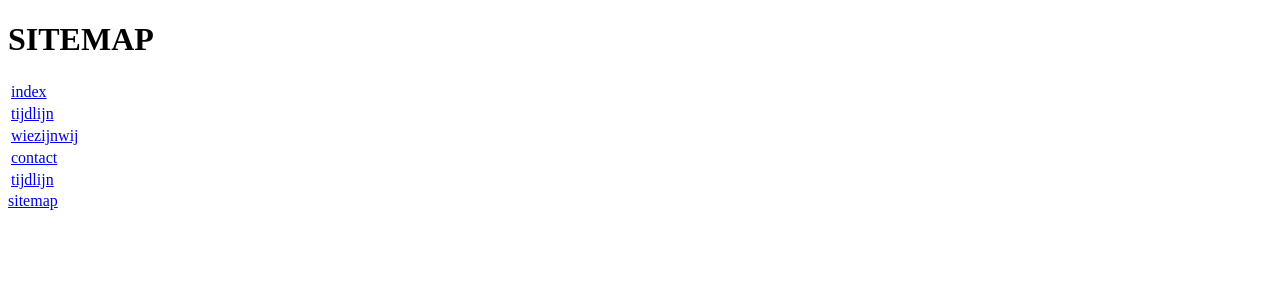
Repository: w1-knippenbergluuk/Applicatieontwikkelaar-2015-2016
Page: http://localhost/sitemap.php
The author's editor kept a record of every edit. The page is drawn from the files as they stood at one moment, then again after the next edit.
The browser window is 1280 px wide. The pictures show the whole page.
The page is run by PHP 8.4 with error messages shown; the project is at /var/www/html/.

Above is the page before.

### Luuk/Periode1/Project/sitemap.php
<!DOCTYPE html>

<html>
    <head>
        <title>Wie Zijn wij</title>
    </head>
    <body>
        <h1>SITEMAP </h1>
        <table>
            <tr>
                <td><a href="index.php">index</a></td>
            </tr>
            <tr>
                <td><a href="tijdlijn.php">tijdlijn</a></td>
            </tr>
            <tr>
                <td><a href="wiezijnwij.php">wiezijnwij</a></td>
            </tr>
            <tr>
                <td><a href="contact.php">contact</a></td>
            </tr>
            <tr>
                <td><a href="tijdlijn.php">tijdlijn</a></td>
            </tr>
        </table>




        <a href="sitemap.php">sitemap</a>
    </body>
</html>

After the next edit:
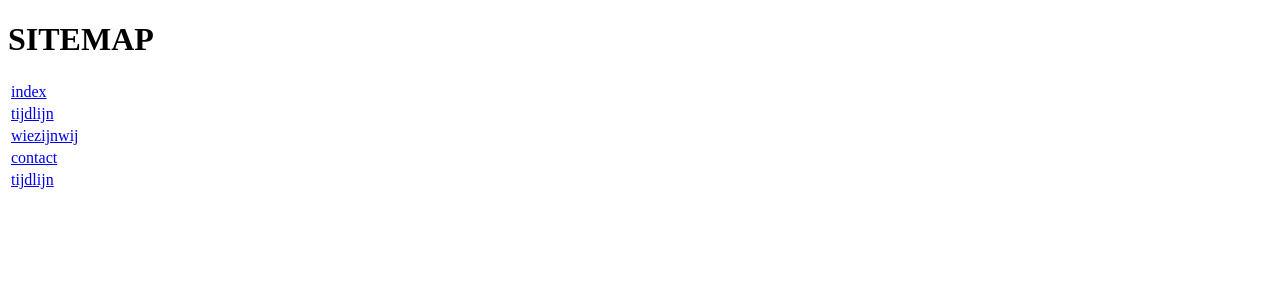
The edit:
--- a/Luuk/Periode1/Project/sitemap.php
+++ b/Luuk/Periode1/Project/sitemap.php
@@ -27,6 +27,6 @@
 
 
 
-        <a href="sitemap.php">sitemap</a>
+
     </body>
 </html>
